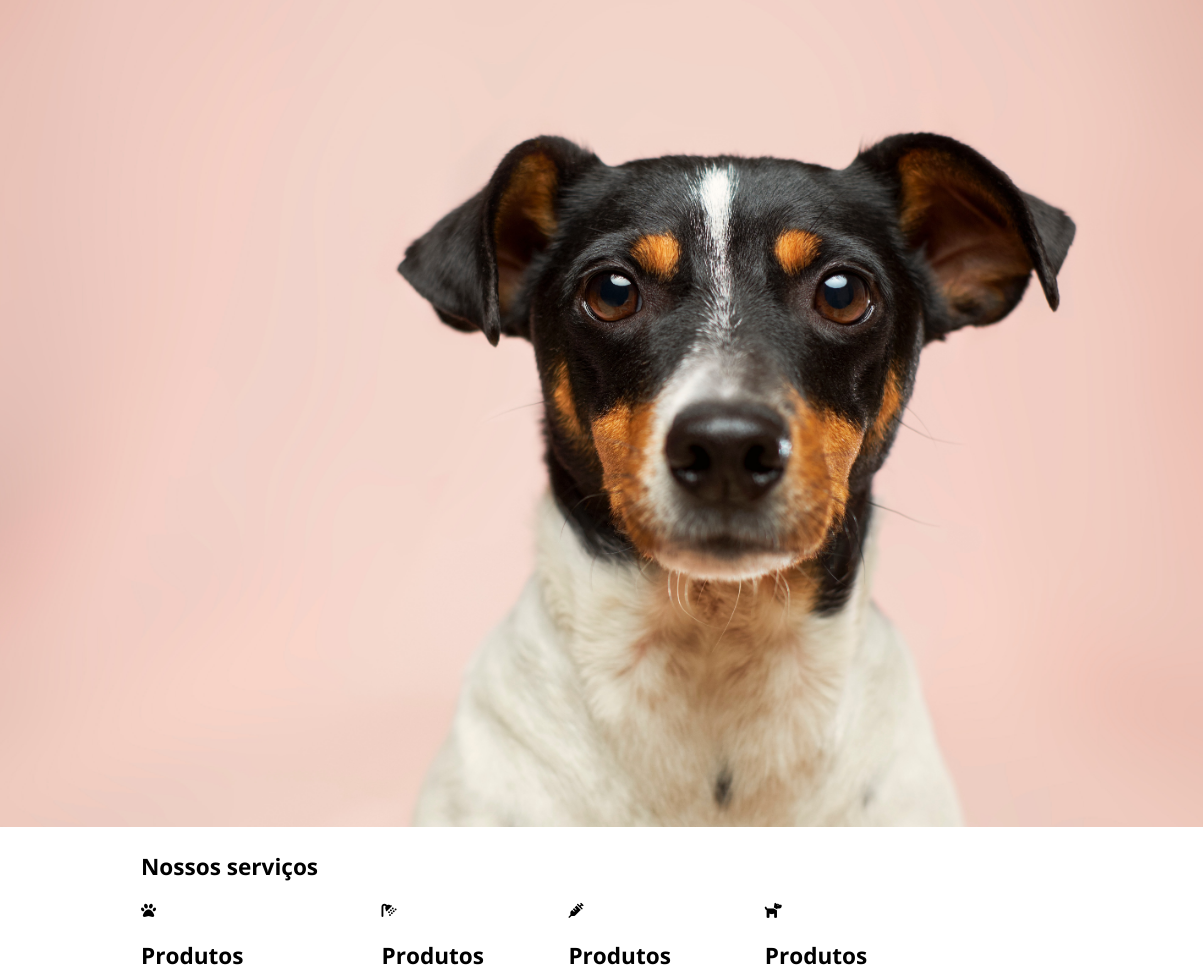
Repository: Carolden/ProhetoPetShop
Page: index.html
These files come from the project's save history. The page is drawn as it stood at one moment and after the next save; the edit follows.
The browser window is 1280 px wide. The pictures show the part of the page from y = 270 to 1307 px (the page is 2941 px tall before and 2841 px after), at 94% of full size.
A picture or video elsewhere on the page could not be fetched, so the positions and the page height are approximate.

Above is the page before, as saved 2023-04-28 10:06:58.

### index.html
<!DOCTYPE html>
<html lang="pt-BR">
<head>
    <meta charset="UTF-8">
    <meta http-equiv="X-UA-Compatible" content="IE=edge">
    <meta name="viewport" content="width=device-width, initial-scale=1.0">
    <title>Pet&Shop</title>
    <link rel="stylesheet" href="index.css">
    <link rel="stylesheet" href="sobre.css">
    <link rel="stylesheet" href="produtos.css">
    <link rel="stylesheet" href="servicos.css">
    <link rel="stylesheet" href="faleconosco.css">
    <link rel="stylesheet" href="https://cdnjs.cloudflare.com/ajax/libs/font-awesome/6.4.0/css/all.min.css">
    <link rel="preconnect" href="https://fonts.googleapis.com">
    <link rel="preconnect" href="https://fonts.gstatic.com" crossorigin>
    <link href="https://fonts.googleapis.com/css2?family=Open+Sans:wght@300;400;500;600;700;800&display=swap" rel="stylesheet">
</head>
<body>
    <header>

        <div class="headerrow">
            <div class="headercolumn">
                <img src="Imagens/logo-colored.svg" alt="logo" class="logocolored">
            </div>

            <div>
                <nav class="menu">
                    <a href="index.html" class="active">Home</a>
                    <a href="sobre.html">Sobre</a>
                    <a href="produtos.html">Produtos</a>
                    <a href="servicos.html">Serviços</a>
                    <a href="faleconosco.html">Fale Conosco</a>
                </nav>
            </div>
        </div>


    </header>

    <section>
        <img src="Imagens/banner.jpg" alt="banner" class="banner">
    </section>

    <main>

        <section class="container">

            <h1>Nossos serviços</h1>

            <div class="servicesrow">

                <div class="servicescolumn">
                    <i class="fa-solid fa-paw"></i>
                    <h2>Produtos</h2>
                    <p>Uma variedade de rações, petiscos, brinquedos, e acessórios para atender o seu amiguinho da melhor forma.</p>
                </div>

                <div class="servicescolumn">
                    <i class="fa-solid fa-shower"></i>
                    <h2>Produtos</h2>
                    <p>Para deixar seu amiguinho com o padrão de beleza que ele merece e muito cheiroso.</p>
                </div>

                <div class="servicescolumn">
                    <i class="fa-solid fa-syringe"></i>
                    <h2>Produtos</h2>
                    <p>Atendimento veterinário especializado para garantir a saúde e o bem-estar do seu amigo. </p>
                </div>

                <div class="servicescolumn">
                    <!-- alterar icone com color e font zie, colocar link no head -->
                    <i class="fa-solid fa-dog"></i>
                    <h2>Produtos</h2>
                    <p>Traga seu pet para interagir com a nossa equipe e sociabilizar com outros animais e fiquei tranquilo(a) para suas atividades do dia-a-dia</p>
                </div>

            </div>

        <section>



        </section class="container">

            <div class="logowhitetext">
                <img src="Imagens/logo-white.svg" alt="logowhite" class="logowhite">
                <p><bolder>Só quem é apaixonado por animais sabe: </bolder>a relação de amor e cumplicidade que temos com nossos bichinhos de estimação é um vínculo único! Por essa razão, não medimos esforços para oferecer o que há de melhor para trazer ainda mais alegria e qualidade de vida. Rações, acessórios, medicamentos e brinquedos estão na nossa listinha de prioridades; e tudo isso você encontra aqui na pet&shop.</p>
            </div>

        </section>

        <section class="container">

            <div class="prodrow">

                <div class="prodcolumn">
                    <img src="Imagens/Produtos/product-1.webp" alt="ração">
                    <p>Royal Canin Maxi Adult 15kg</p>
                    <h4>R$ 109,90</h4>
                </div>

                <div class="prodcolumn">
                    <img src="Imagens/Produtos/product-2.webp" alt="ração">
                    <p>Premier Fórmula Raças Medias Adulto</p>
                    <h4>R$ 79,90</h4>
                </div>

                <div class="prodcolumn">
                    <img src="Imagens/Produtos/product-3.webp" alt="ração">
                    <p>Pro Plan Raças Pequenas Reduced Calorie</p>
                    <h4>R$ 79,90</h4>
                </div>

                <div class="prodcolumn">
                    <img src="Imagens/Produtos/product-4.webp" alt="ração">
                    <p>EasOtic 10ml - Virbac</p>
                    <h4>R$ 169,90</h4>
                </div>

                <div class="prodcolumn">
                    <img src="Imagens/Produtos/product-5.webp" alt="moletom">
                    <p>Moletom Snoopy Sleeping Azul - Zooz</p>
                    <h4>R$ 39,90</h4>
                </div>

                <div class="prodcolumn">
                    <img src="Imagens/Produtos/product-6.webp" alt="ração">
                    <p>N&D Ancestral Selection Cães Adultos Raças Grandes</p>
                    <h4>R$ 89,90</h4>
                </div>

            </div>

            <div class="prodrow">

                <div class="prodcolumn">
                    <img src="Imagens/Produtos/product-7.webp" alt="ração">
                    <p>Kit Hills Prescription Diet Lata A/D Urgent Care 156g</p>
                    <h4>R$ 44,90</h4>
                </div>

                <div class="prodcolumn">
                    <img src="Imagens/Produtos/product-8.webp" alt="ração">
                    <p>Three Cats Original Sênior 10,1kg</p>
                    <h4>R$ 69,90</h4>
                </div>

                <div class="prodcolumn">
                    <img src="Imagens/Produtos/product-9.webp" alt="ração">
                    <p>Peitoral Ergocomfort Rosa Ferplast</p>
                    <h4>R$ 134,90</h4>
                </div>

                <div class="prodcolumn">
                    <img src="Imagens/Produtos/product-10.webp" alt="ração">
                    <p>Peitoral Para Cachorros Sail Dog 27</p>
                    <h4>R$ 129,90</h4>
                </div>

                <div class="prodcolumn">
                    <img src="Imagens/Produtos/product-11.webp" alt="ração">
                    <p>Guia Para Cachorros Tropical Dog 27</p>
                    <h4>R$ 114,90</h4>
                </div>

                <div class="prodcolumn">
                    <img src="Imagens/Produtos/product-12.webp" alt="ração">
                    <p>Guia Para Cachorros One Dog 27</p>
                    <h4>R$ 114,90</h4>
                </div>

            </div>

            <button>Ver mais</button>

        </section>

    </main>

    <footer class="container">

        <div>
            <img src="Imagens/logo-white.svg" alt="logo" class="logofooter">
        </div>

        <div class="footerrow">

            <div class="footercolumn">
                <h4>Contato</h4>
                <address>
                    Estrada sem nome, 1234, Sala 0
                    Bairro - Cidade / UF
                    12345-678
                    (00) 99999-9999
                    contato@petshop.com.br
                </address>
            </div class="cootercolumn">
                <h4>Horário de funcionamento</h4>
                <p>
                    De Segunda a Sexta-feira das 9 às 19hs.
                    Aos Sábados das 9 às 18hs.
                </p>
            <div>
                <h4>Siga-nos</h4>
                <i class="fa-brands fa-facebook-f"></i>
                <i class="fa-brands fa-instagram"></i>
                <i class="fa-brands fa-tiktok"></i>
                <i class="fa-brands fa-twitter"></i>
                <i class="fa-brands fa-youtube"></i>
            </div>

        </div>

        <div class="devdbycrie">
            <p>© 2022 pet&shop | Todos os direitos reservados. Desenvolvido por Crie_TI</p>
        </div>


    </footer>






















































</body>
</html>

### index.css

@import url('https://fonts.googleapis.com/css2?family=Open+Sans:wght@300&display=swap');


body {
    margin: 0;
    border: 0;
    font-family: 'Open Sans', sans-serif;
}

.logocolored {
    width: 300px;
}

.headerrow {
    display: flex;
    width: 100%;
    align-items: center;
    padding-top: 10px;
    padding-bottom: 10px;
}

.menu a {
    text-decoration: none;
    padding: 12px;
    color: #382c32;
    font-weight: 600;
    font-size: 18px;
}

a.active {
    color: white;
    background-color: #FF0077;;
    padding-top: 100%;
    padding-bottom: 100%;
}

a.active:hover {
    color: white
}

a:hover {
    color: #FF0077;;
}

.headercolumn {
    width: 50%;
    padding-left: 150px;
}

.banner{
    width: 100%;
    height: 900px;
    object-fit: cover;
}

.servicesrow {
    display: flex;
}

.logowhite {
    width: 300px;
}

.logowhitetext {
    background-color: blue;
    width: 100%;
}

.container {
    padding-left: 150px;
    padding-right: 150px;
}

.prodrow {
    display: flex;
    width: 100%;
}

.prodcolumn {
    width: 16.66%;
}

.prodcolumn img {
    width: 100%;
    height: auto;
    object-fit: cover;
}

.footerrow {
    display: flex;
}

Loaded but not shown: sobre.css (no stored copy; drawn as an empty file); produtos.css (no stored copy; drawn as an empty file); servicos.css (no stored copy; drawn as an empty file); faleconosco.css (no stored copy; drawn as an empty file)

After the next save:
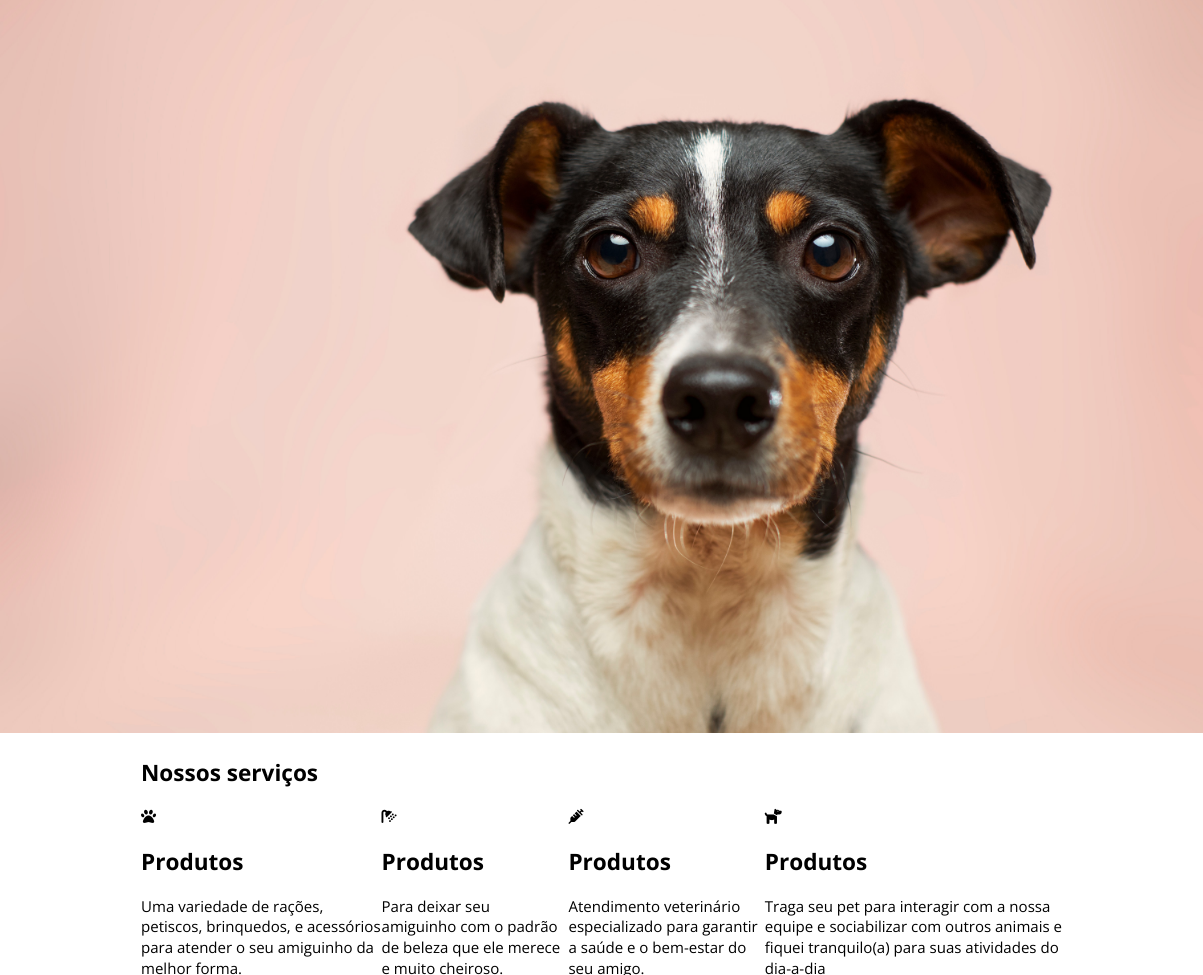
Saved 8 s later.
--- a/index.css
+++ b/index.css
@@ -50,7 +50,7 @@ a:hover {
 
 .banner{
     width: 100%;
-    height: 900px;
+    height: 800px;
     object-fit: cover;
 }
 
